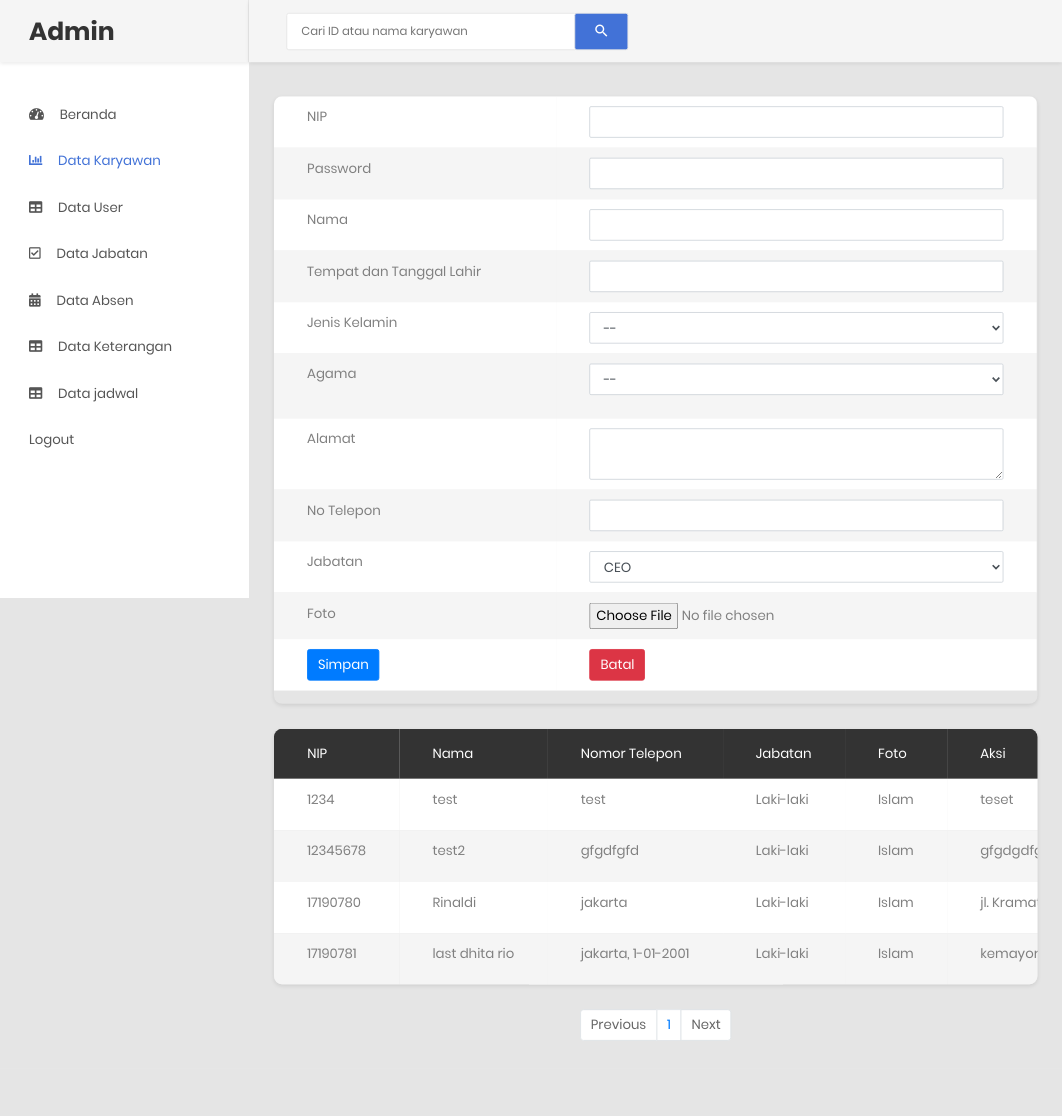
Repository: naldi23bob/Absen2
Page: http://localhost/datakaryawan.php?halaman=1
These files come from the project's save history. The page is drawn as it stood at one moment and after the next save; the edit follows.
The browser window is 1280 px wide. The pictures show the whole page, at 83% of full size.
The page is run by PHP 8.4 with error messages shown; the project is at /var/www/html/. The session is filled in as if someone had signed in: {"idsi": 2, "namasi": "admin", "ttlsi": 1, "jenkelsi": 1, "agamasi": 1, "alamatsi": 1, "teleponsi": 1, "jabatansi": 1, "jadwalsi": 1, "fotosi": 1, "username": "admin"}. The database holds what the project's SQL file puts in it.

Above is the page before, as saved 2023-07-23 18:41:36.

After the next save:
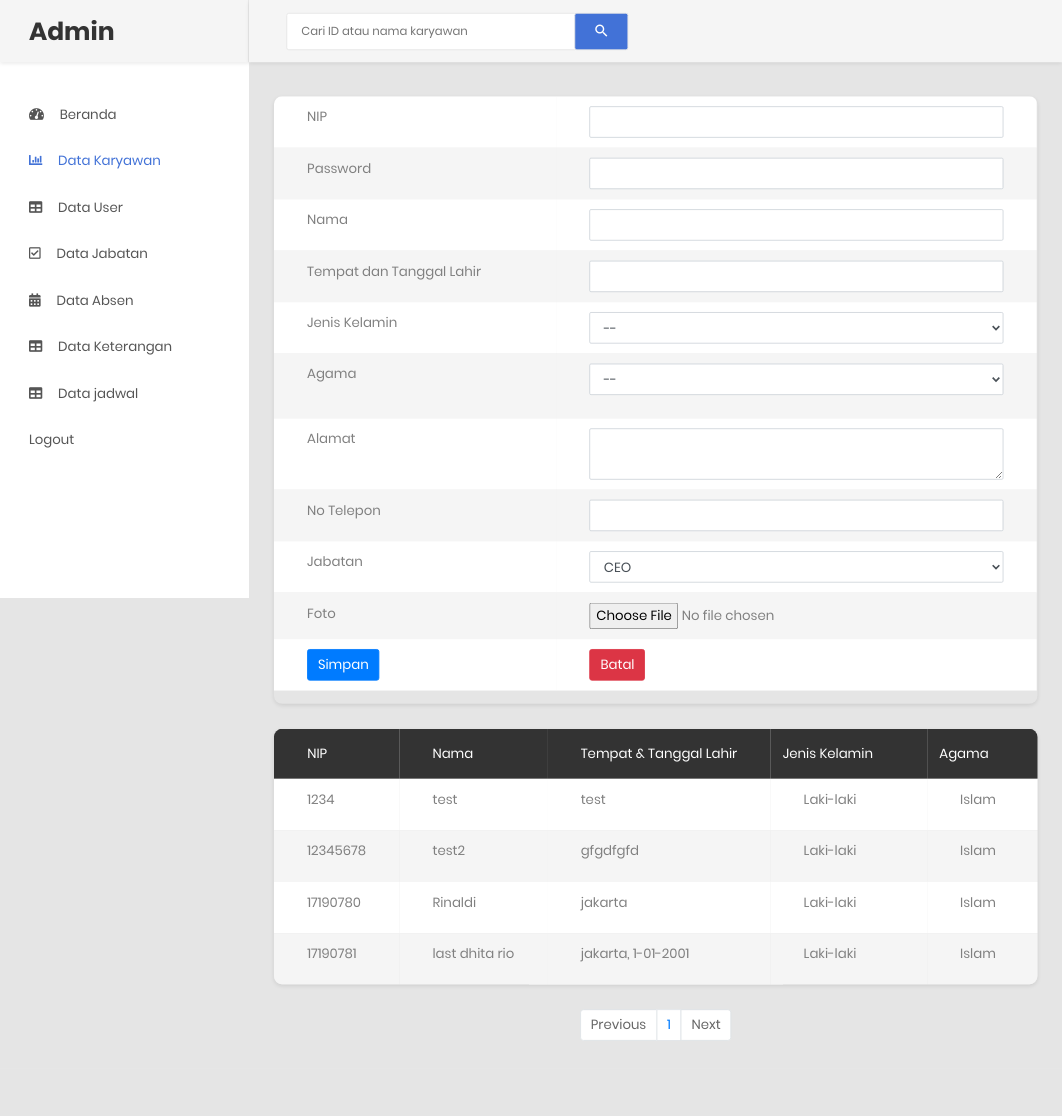
Saved 8 min 0 s later.
--- a/datakaryawan.php
+++ b/datakaryawan.php
@@ -334,10 +334,10 @@ session_start();
 
                                  <th>NIP</th>
                                  <th>Nama</th>
-                                 <!-- <th>Tempat & tanggal lahir</th>
+                                 <th>Tempat & tanggal lahir</th>
                                  <th class="text-right">Jenis Kelamin</th>
                                  <th class="text-right">Agama</th>
-                                 <th>Alamat</th> -->
+                                 <th>Alamat</th>
                                  <th>Nomor Telepon</th>
                                  <th>Jabatan</th>
                                  <th>Foto</th>
